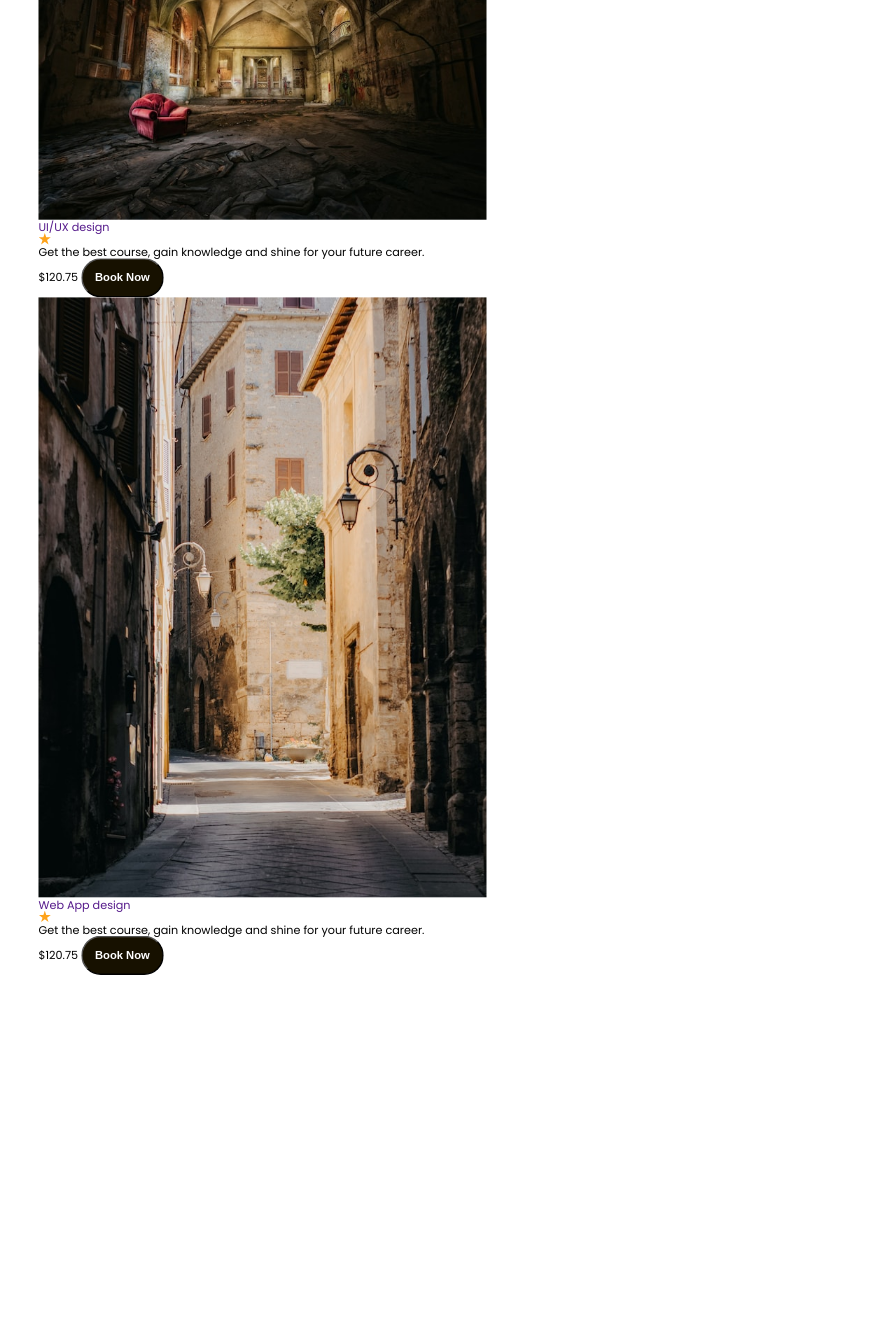
Repository: empty24062002/f8-htmlcss-02-pratice
Page: index.html
An editor plug-in stored every save of this project. The page is shown before and after the next save, followed by the edit.
The browser window is 1280 px wide. The pictures show the part of the page from y = 2277 to 4197 px (the page is 5187 px tall), at 70% of full size.
A picture or video elsewhere on the page could not be fetched, so the positions and the page height are approximate.

Above is the page before, as saved 2023-07-19 07:36:36.

### index.html
<!DOCTYPE html>
<html lang="en">
    <head>
        <meta charset="UTF-8" />
        <meta name="viewport" content="width=device-width, initial-scale=1.0" />
        <title>F8 Project 02 Practice</title>
        <!-- Reset CSS -->
        <link rel="stylesheet" href="./assets/css/reset.css" />
        <!-- Embed font -->
        <link rel="preconnect" href="https://fonts.googleapis.com" />
        <link rel="preconnect" href="https://fonts.gstatic.com" crossorigin />
        <link
            href="https://fonts.googleapis.com/css2?family=Poppins:wght@400;500;600;700&family=Sen:wght@700&display=swap"
            rel="stylesheet"
        />
        <link rel="stylesheet" href="./assets/css/styles.css" />
    </head>
    <body>
        <!-- Header -->
        <header class="header fixed">
            <div class="main-content">
                <div class="body">
                    <img
                        src="./assets/img/logo.svg"
                        alt="lesson."
                        class="logo"
                    />
                    <!-- nav -->
                    <nav class="nav">
                        <ul>
                            <li class="active">
                                <a href="#!">Home</a>
                            </li>
                            <li>
                                <a href="#!">Courses</a>
                            </li>
                            <li>
                                <a href="#!">Pricing</a>
                            </li>
                            <li>
                                <a href="#!">Reviews</a>
                            </li>
                        </ul>
                    </nav>
                    <!-- Action -->
                    <div class="action">
                        <a href="#!" class="btn sign-up-btn">Sign Up</a>
                    </div>
                </div>
            </div>
        </header>
        <main style="height: 5000px">
            <!-- hero -->
            <div class="hero">
                <div class="main-content">
                    <div class="hero-body">
                        <!-- Hero left -->
                        <div class="media-block">
                            <img
                                src="./assets/img/hero-media.jpg"
                                alt="Learn without limits and spread knowledge."
                                class="img"
                            />
                            <div class="hero-summary">
                                <!-- Item 1 -->
                                <div class="item">
                                    <div class="icon">
                                        <img
                                            src="./assets/icons/icon1.svg"
                                            alt=""
                                        />
                                    </div>
                                    <div class="info">
                                        <p class="lable">20 Courses</p>
                                        <p class="title">UI/UX Design</p>
                                    </div>
                                </div>
                                <!-- Item 2 -->
                                <div class="item">
                                    <div class="icon">
                                        <img
                                            src="./assets/icons/icon2.svg"
                                            alt=""
                                        />
                                    </div>
                                    <div class="info">
                                        <p class="lable">20 Courses</p>
                                        <p class="title">Development</p>
                                    </div>
                                </div>
                                <!-- Item 3 -->
                                <div class="item">
                                    <div class="icon">
                                        <img
                                            src="./assets/icons/icon 3.svg"
                                            alt=""
                                        />
                                    </div>
                                    <div class="info">
                                        <p class="lable">30 Courses</p>
                                        <p class="title">Marketing</p>
                                    </div>
                                </div>
                            </div>
                        </div>
                        <!-- Hero right -->
                        <div class="content-block">
                            <h1 class="heading lv1">
                                Learn without limits and spread knowledge.
                            </h1>
                            <p class="desc">
                                Build new skills for that “this is my year”
                                feeling with courses, certificates, and degrees
                                from world-class universities and companies.
                            </p>
                            <div class="cta-group">
                                <a href="" class="btn cta-btn">See Courses</a>
                                <button class="watch-video">
                                    <div class="icon">
                                        <img
                                            src="./assets/icons/watch-video.svg"
                                            alt=""
                                        />
                                    </div>
                                    <span>Watch video</span>
                                </button>
                            </div>
                            <p class="desc">Recent engagement</p>
                            <p class="desc stats">
                                <strong>50K</strong> Students
                                <strong>70+</strong> Courses
                            </p>
                        </div>
                    </div>
                </div>
            </div>
            <!-- Popular -->
            <div class="popular">
                <div class="main-content">
                    <div class="popular-top">
                        <div class="info">
                            <h2 class="heading lv2">Our popular courses</h2>
                            <p class="desc">
                                Build new skills with new trendy courses and
                                shine for the next future career.
                            </p>
                        </div>
                        <div class="controls">
                            <button class="control-btn">
                                <svg
                                    width="8"
                                    height="14"
                                    viewBox="0 0 8 14"
                                    fill="none"
                                    xmlns="http://www.w3.org/2000/svg"
                                >
                                    <path
                                        d="M7 1L1 7L7 13"
                                        stroke="currentColor"
                                        stroke-linecap="round"
                                        stroke-linejoin="round"
                                    />
                                </svg>
                            </button>
                            <button class="control-btn">
                                <svg
                                    width="8"
                                    height="14"
                                    viewBox="0 0 8 14"
                                    fill="none"
                                    xmlns="http://www.w3.org/2000/svg"
                                >
                                    <path
                                        d="M1 1L7 7L1 13"
                                        stroke="currentColor"
                                        stroke-linecap="round"
                                        stroke-linejoin="round"
                                    />
                                </svg>
                            </button>
                        </div>
                    </div>
                    <div class="popular-course-list">
                        <!-- Item 1 -->
                        <div class="course-item">
                            <a href="">
                                <img
                                    src="./assets/img/popular-1.jpg"
                                    alt=""
                                    class="thumb"
                                />
                            </a>
                            <div class="info">
                                <div class="head">
                                    <h3 class="title">
                                        <a href="">Basic web design</a>
                                    </h3>
                                    <div class="rating">
                                        <img
                                            src="./assets/icons/star.svg"
                                            alt=""
                                            class="star"
                                        />
                                    </div>
                                    <p class="desc">
                                        Get the best course, gain knowledge and
                                        shine for your future career.
                                    </p>
                                    <span class="price">$120.75</span>
                                    <button class="btn">Book Now</button>
                                </div>
                            </div>
                        </div>
                        <!-- Item 2 -->
                        <div class="course-item">
                            <a href="">
                                <img
                                    src="./assets/img/popular-2.jpg"
                                    alt=""
                                    class="thumb"
                                />
                            </a>
                            <div class="info">
                                <div class="head">
                                    <h3 class="title">
                                        <a href="">UI/UX design</a>
                                    </h3>
                                    <div class="rating">
                                        <img
                                            src="./assets/icons/star.svg"
                                            alt=""
                                            class="star"
                                        />
                                    </div>
                                    <p class="desc">
                                        Get the best course, gain knowledge and
                                        shine for your future career.
                                    </p>
                                    <span class="price">$120.75</span>
                                    <button class="btn">Book Now</button>
                                </div>
                            </div>
                        </div>
                        <!-- Item 3 -->
                        <div class="course-item">
                            <a href="">
                                <img
                                    src="./assets/img/popular-1.jpg"
                                    alt=""
                                    class="thumb"
                                />
                            </a>
                            <div class="info">
                                <div class="head">
                                    <h3 class="title">
                                        <a href="">Web App design</a>
                                    </h3>
                                    <div class="rating">
                                        <img
                                            src="./assets/icons/star.svg"
                                            alt=""
                                            class="star"
                                        />
                                    </div>
                                    <p class="desc">
                                        Get the best course, gain knowledge and
                                        shine for your future career.
                                    </p>
                                    <span class="price">$120.75</span>
                                    <button class="btn">Book Now</button>
                                </div>
                            </div>
                        </div>
                    </div>
                </div>
            </div>
        </main>
    </body>
</html>

### assets/css/styles.css
* {
    box-sizing: border-box;
}

:root {
    --font-heading: Sen, sans-serif;
    --primary-color: #ffb900;
    --secondary-color: #171100;
}

html {
    font-size: 62.5%;
}

body {
    font-size: 1.6rem;
    font-family: "Poppins", sans-serif;
}

/* Common */
a {
    text-decoration: none;
}

.main-content {
    width: 1170px;
    max-width: calc(100% - 48px);
    margin-left: auto;
    margin-right: auto;
}

.btn {
    display: inline-block;
    width: 118px;
    line-height: 50px;
    font-size: 1.6rem;
    font-weight: 600;
    text-align: center;
    color: #ffffff;
    background: var(--secondary-color);
    border-radius: 999px;
}

.btn:hover {
    opacity: 0.9;
    cursor: pointer;
}

.heading {
    color: var(--secondary-color);
    font-family: var(--font-heading);
    font-size: 5.8rem;
    letter-spacing: -0.02em;
}

.heading.lv1 {
    font-weight: 700;
    line-height: 1.17;
}
.heading.lv2 {
    font-size: 3.8rem;
    line-height: 1.26;
}

/* Header */
.header {
    padding: 56px 0 65px;
    background: #fffcf4;
}

.header.fixed {
    position: sticky;
    margin-top: -28px;
}

.header .body {
    display: flex;
    align-items: center;
    padding: 36px 0 8px;
}

.nav {
    margin-left: auto;
}

.nav ul {
    display: flex;
}

.nav a {
    position: relative;
    padding: 8px 21px;
    font-size: 1.6rem;
    font-weight: 400;
    color: var(--secondary-color);
}

.nav a:hover,
.nav li.active a {
    text-shadow: 1px 0 0 currentColor;
    color: var(--secondary-color);
}

.nav li.active a::after {
    position: absolute;
    left: 21px;
    bottom: 6px;
    content: "";
    display: block;
    width: 12px;
    height: 2px;
    border-radius: 1px;
    background-color: var(--secondary-color);
}

.header .sign-up-btn {
    min-width: 144px;
    border-radius: 25px;
}

.header .action {
    margin-left: 49px;
}

/* Hero */
.hero {
    background: #fffcf4;
    padding-top: 64px 0 65px;
}

.hero .hero-body {
    display: flex;
}

/* hero left */
.hero .media-block {
    width: 48%;
    position: relative;
}

.hero .media-block .img {
    width: 470px;
    height: 685px;
    object-fit: cover;
    border-radius: 20px;
    vertical-align: bottom;
}

.hero-summary {
    position: absolute;
    padding: 24px 28px;
    bottom: 48px;
    right: 0;
    width: 270px;
    border-radius: 12px;
    background-color: #ffffff;
    box-shadow: 0px 16px 32px 0px #0000000d;
}

.hero-summary .item {
    display: flex;
    align-items: center;
}

.hero-summary .item + .item {
    margin-top: 22px;
}

.hero-summary .icon {
    display: flex;
    align-items: center;
    justify-content: center;
    width: 48px;
    height: 48px;
    background-color: #fff9e8;
    border-radius: 50%;
}

.hero-summary .item:nth-of-type(2) .icon {
    background: #fcefff;
}
.hero-summary .item:nth-of-type(3) .icon {
    background: #ebeaff;
}

.hero-summary .info {
    margin-left: 16px;
}

.hero-summary .lable {
    color: #5f5b53;
    font-size: 1.4rem;
    font-weight: 400;
    line-height: 1.85;
}

.hero-summary .title {
    color: var(--secondary-color);
    font-size: 1.8rem;
    font-weight: 600;
    line-height: 1.66;
}
/* Hero right */
.hero .content-block {
    width: 52%;
    padding: 64px 0 0 130px;
}

.hero .desc {
    margin-top: 22px;
    color: #5f5b53;
    font-size: 1.8rem;
    font-weight: 400;
    line-height: 1.66;
}

.hero .cta-group {
    display: flex;
    align-items: center;
    margin: 38px 0 48px;
}

.hero .cta-btn {
    min-width: 180px;
    line-height: 64px;
    background-color: var(--primary-color);
}

.hero .watch-video {
    display: flex;
    justify-content: center;
    align-items: center;
    margin-left: 28px;
    border: none;
    background-color: transparent;
}

.hero .watch-video .icon {
    display: flex;
    align-items: center;
    justify-content: center;
    width: 40px;
    height: 40px;
    border-radius: 50%;
    background-color: #ffffff;
    box-shadow: 0px 8px 16px 0px #00000012;
}

.hero .watch-video span {
    margin-left: 14px;
    color: var(--secondary-color);
    font-size: 1.8rem;
    font-weight: 600;
    line-height: 1.66;
}

.hero .stats {
    margin: 8px 0 0 -28px;
}

.hero .stats strong {
    padding: 0 8px 0 28px;
    color: var(--secondary-color);
    font-family: var(--font-heading);
    font-size: 4.4rem;
    font-weight: 700;
    line-height: 1.22;
}
/* Popular */
.popular {
    padding: 65px 0;
    margin-top: 135px;
}

.popular-top {
    display: flex;
    justify-content: space-between;
    align-items: center;
}

.popular-top .desc {
    width: 458px;
    margin-top: 16px;
    color: #5f5b53;
    font-size: 1.8rem;
    font-weight: 400;
    line-height: 1.66;
}

.popular-top .controls {
    display: flex;
    gap: 18px;
}

.popular-top .control-btn {
    display: flex;
    justify-content: center;
    align-items: center;
    width: 40px;
    height: 40px;
    color: var(--primary-color);
    border: 1px solid var(--primary-color);
    border-radius: 50%;
    background-color: transparent;
    cursor: pointer;
}

.popular-top .control-btn:hover {
    color: #fff9e8;
    background-color: var(--primary-color);
}

.popular .course-list {
    margin-top: 55px;
}

Loaded but not shown: assets/css/reset.css (common file)

After the next save:
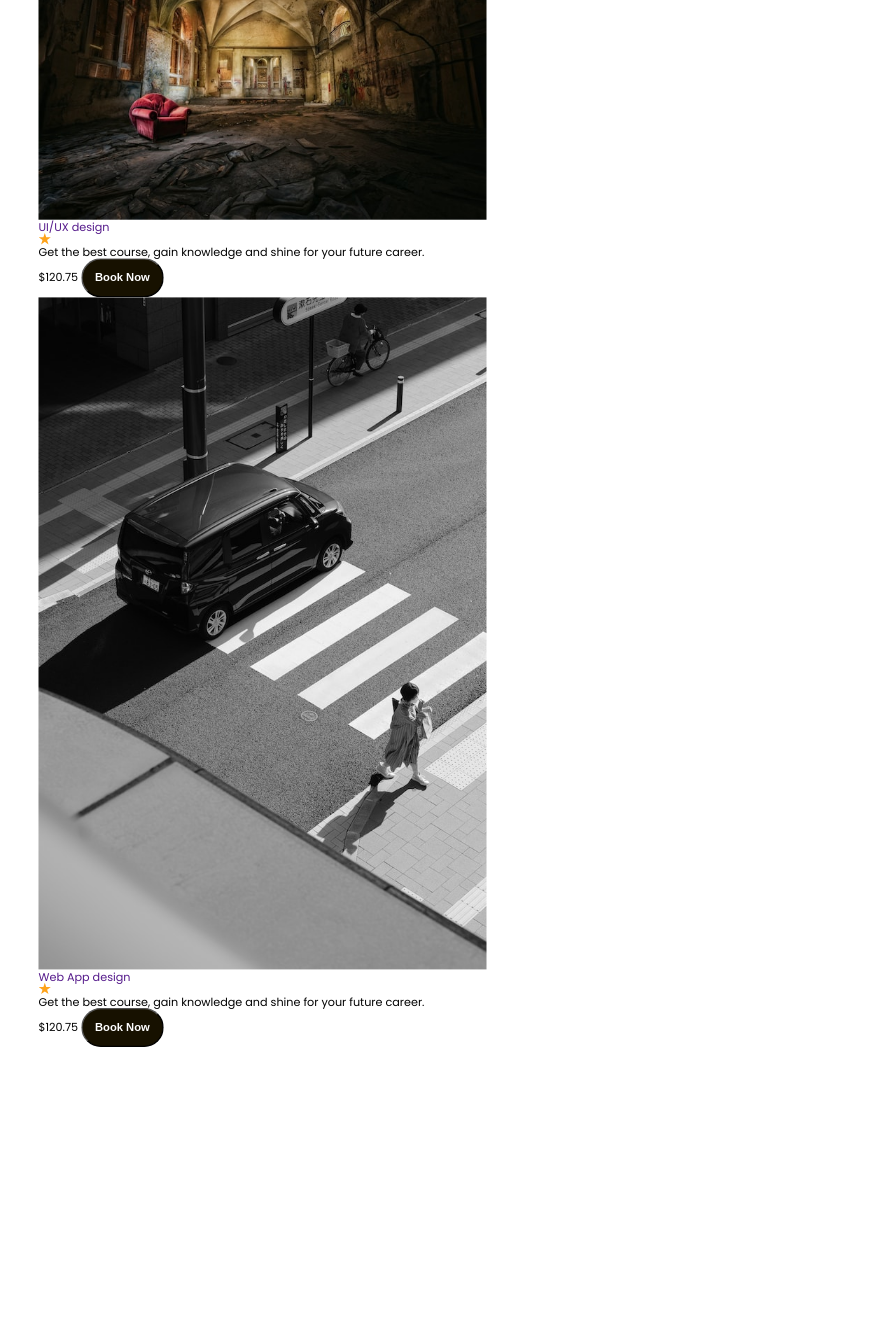
Saved 7 s later.
--- a/index.html
+++ b/index.html
@@ -245,7 +245,7 @@
                         <div class="course-item">
                             <a href="">
                                 <img
-                                    src="./assets/img/popular-1.jpg"
+                                    src="./assets/img/popular-3.jpg"
                                     alt=""
                                     class="thumb"
                                 />
